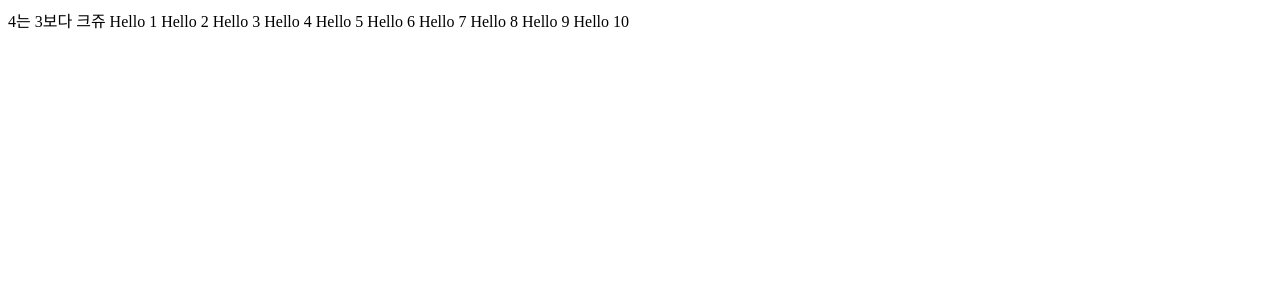
Repository: Seonhanbit/dev
Page: http://localhost/0920_Friday/member.do?action=main
These files come from the project's save history. The page is drawn as it stood at one moment and after the next save; the edit follows.
The browser window is 1280 px wide. The pictures show the whole page.
The page is served by Tomcat 9. Queries for data that is not in the repository find no rows.

Above is the page before, as saved 2019-09-20 05:09:11.

After the next save:
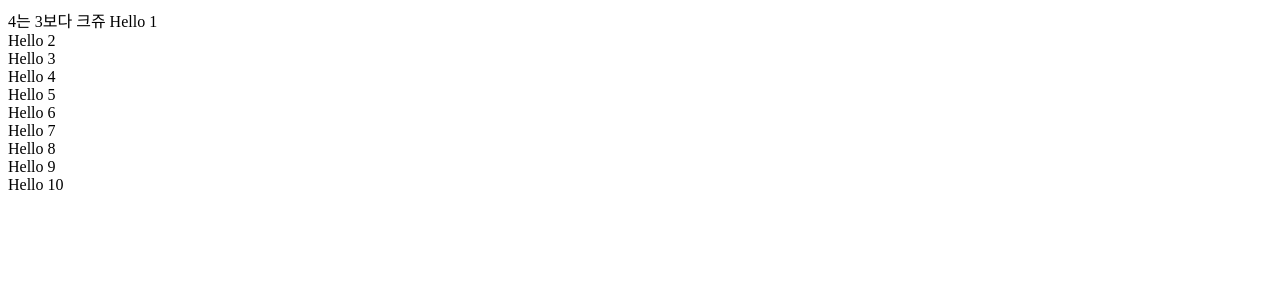
Saved 9 s later.
--- a/work_servlet_jsp/0920_Friday/WebContent/main.jsp
+++ b/work_servlet_jsp/0920_Friday/WebContent/main.jsp
@@ -13,10 +13,10 @@
 </c:if>
 <c:forEach begin="1" end="10" step="1" varStatus="st">
 Hello
-${st.index}
+${st.index}<br>
 </c:forEach>
 <c:forEach items="${memberList }" var="member">
-${member.name} &nbsp&nbsp&nbsp&nbsp ${member.email }<br>
+${member.name} ${member.email }<br>
 </c:forEach>
 </body>
 </html>
